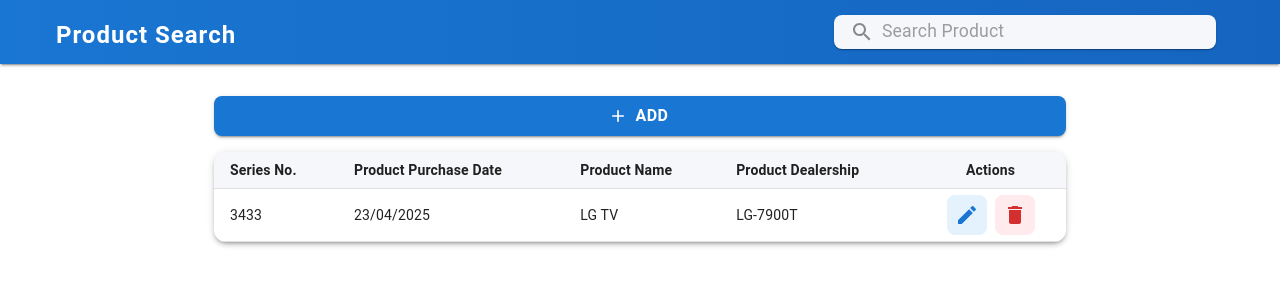
Repository: Sharathguru/Product_Task
Page: / (app in Frontend/)
An editor plug-in stored every save of this project. The page is shown before and after the next save, followed by the edit.
The browser window is 1280 px wide. The pictures show the whole page.
The project was rebuilt for these pictures with package versions that can differ from the ones it lists, and the page was loaded fresh each time. Requests to the local data server were answered from the project's data file. Also part of the build but not shown: Frontend/vite.config.js, Frontend/src/index.css, Frontend/src/Pages/product.js, Frontend/src/Pages/Insert.jsx, Frontend/src/Pages/Update.jsx, Frontend/src/Pages/Delete.jsx.

Above is the page before, as saved 2025-06-13 16:33:43.

After the next save:
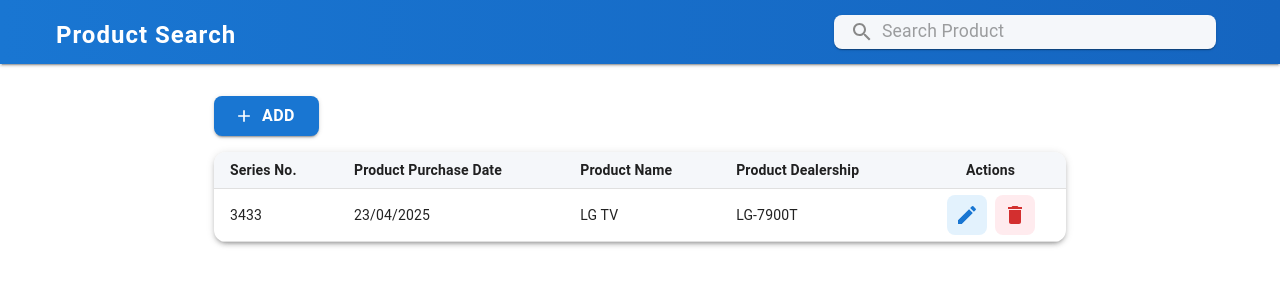
Saved 6 s later.
--- a/Frontend/src/Pages/Fetch.jsx
+++ b/Frontend/src/Pages/Fetch.jsx
@@ -85,7 +85,7 @@ const Fetch = ({ search }) => {
             px: 3,
             borderRadius: 2,
           }}
-          fullWidth={true}
+        //   fullWidth={true}
         >
           Add
         </Button>
